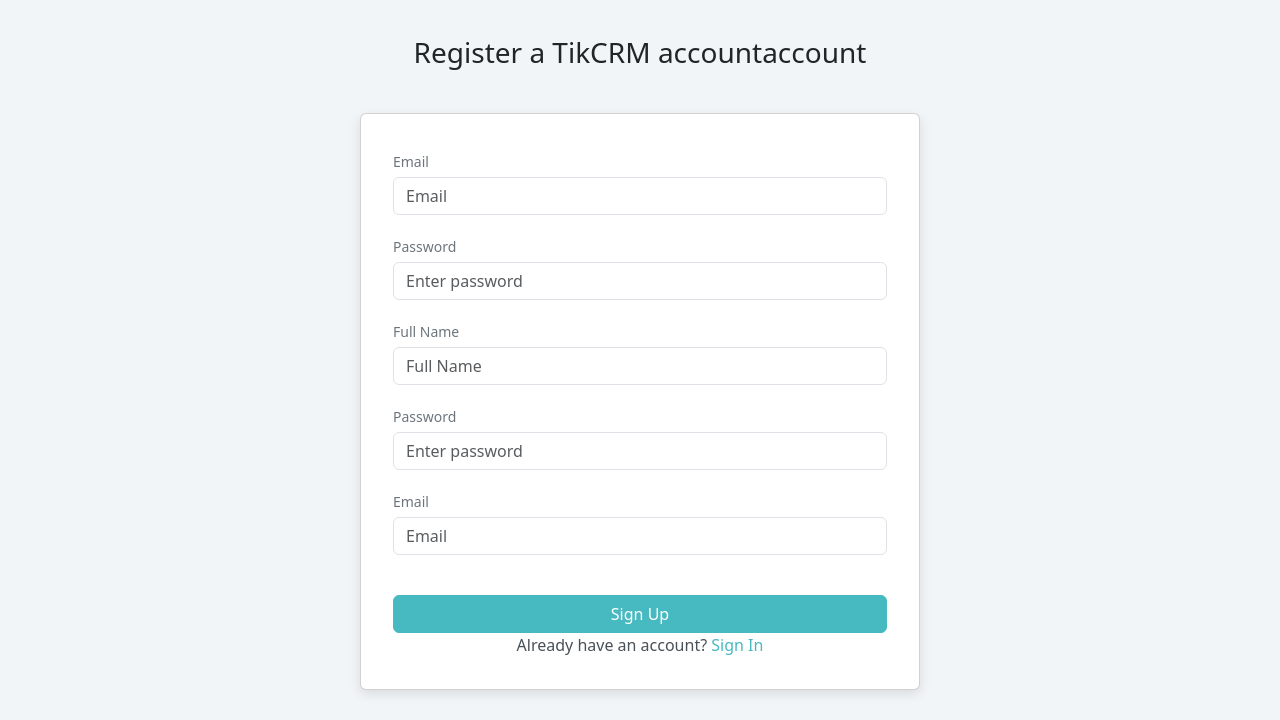
Repository: chaolaolo/tikcrm-fe
Page: /register
An editor plug-in stored every save of this project. The page is shown before and after the next save, followed by the edit.
The browser window is 1280 px wide. The pictures show the whole page.
The project was rebuilt for these pictures with package versions that can differ from the ones it lists, and the page was loaded fresh each time. Also part of the build but not shown: vite.config.ts, src/pages/Auth/Login/LoginPage.tsx, src/pages/Home/Settings.tsx, src/pages/Home/HomePage.tsx. Imported but missing from the stored project, and not drawn on this page: src/pages/Home/Dashboard.

Above is the page before, as saved 2025-05-22 23:09:38.

### src/main.tsx
import React, { StrictMode } from 'react'
import ReactDOM from 'react-dom/client';
import { createRoot } from 'react-dom/client'
import './index.css'
import { BrowserRouter } from 'react-router-dom';
import { AuthProvider } from './store/AuthContext.tsx';
import App from './App.tsx'
import 'antd/dist/reset.css';
import 'bootstrap/dist/css/bootstrap.min.css';
import 'bootstrap/dist/js/bootstrap.bundle.min.js';

ReactDOM.createRoot(document.getElementById('root')!).render(
  <React.StrictMode>
    <AuthProvider>
      <BrowserRouter>
        <App />
      </BrowserRouter>
    </AuthProvider>
  </React.StrictMode>
)

### src/store/AuthContext.tsx
import React, { createContext, useContext, useState, type ReactNode } from 'react';

interface AuthContextProps {
  isLoggedIn: boolean;
  login: () => void;
  logout: () => void;
}

const AuthContext = createContext<AuthContextProps | undefined>(undefined);

export const AuthProvider = ({ children }: { children: ReactNode }) => {
  const [isLoggedIn, setIsLoggedIn] = useState(false);

  const login = () => setIsLoggedIn(true);
  const logout = () => setIsLoggedIn(false);

  return (
    <AuthContext.Provider value={{ isLoggedIn, login, logout }}>
      {children}
    </AuthContext.Provider>
  );
};

export const useAuth = () => {
  const context = useContext(AuthContext);
  if (!context) throw new Error('useAuth must be used within AuthProvider');
  return context;
};

### src/App.tsx
import { useState } from 'react'
import reactLogo from './assets/react.svg'
import viteLogo from '/vite.svg'
import './App.css'
import { useAuth } from './store/AuthContext';
import { Navigate, Route, Routes } from 'react-router-dom';
import LoginPage from './pages/Auth/Login/LoginPage';
import RegisterPage from './pages/Auth/Register/RegisterPage';
import HomePage from './pages/Home/HomePage';
import 'bootstrap/dist/css/bootstrap.min.css';
import 'bootstrap/dist/js/bootstrap.bundle.min.js';
import 'antd/dist/reset.css'

const App = () => {
  const { isLoggedIn } = useAuth();

  return (
    <Routes>
      <Route path="/login" element={<LoginPage />} />
      <Route path="/register" element={<RegisterPage />} />
      <Route path="/forgot-password" element={<RegisterPage />} />
      <Route
        path="/home/*"
        element={isLoggedIn ? <HomePage /> : <Navigate to="/login" />}
      />
      <Route path="*" element={<Navigate to={isLoggedIn ? "/home" : "/login"} />} />
    </Routes>
  );
};

export default App;

### src/pages/Auth/Register/RegisterPage.tsx
// import React from 'react';
// import { useNavigate } from 'react-router-dom';

// const RegisterPage = () => {
//   const navigate = useNavigate();

//   const handleRegister = () => {
//     // giả sử đăng ký xong là chuyển về login
//     navigate('/login');
//   };

//   return (
//     <div>
//       <h2>Register</h2>
//       <button onClick={handleRegister}>Register</button>
//     </div>
//   );
// };

// export default RegisterPage;


import React from 'react';
import 'bootstrap/dist/css/bootstrap.min.css';
import { Link } from 'react-router-dom';
import Divider from '../../../core/Divider/Divider';
import { Button } from 'antd';
import '../login/login.css';

const RegisterPage: React.FC = () => {
  return (
    <div style={{
      backgroundColor: '#f1f5f7', // Màu light của Bootstrap
      position: 'fixed',
      top: 0,
      left: 0,
      right: 0,
      bottom: 0,
      overflow: 'auto'
    }}>
      <div className="d-flex justify-content-center align-items-center min-vh-100 p-3">
        <div className="w-100" style={{ maxWidth: '600px', }}>
          <p className="text-center mb-8 fs-3 fw-normal">Register a TikCRM accountaccount</p>
          <div className="card p-8 " style={{
            marginTop: '40px',
            marginLeft: '20px',
            marginRight: '20px',
            backgroundColor: 'white',
            boxShadow: '0 4px 12px rgba(0, 0, 0, 0.1)'
          }}>
            <form>
              <div className="mb-3 text-start">
                <label htmlFor="email" className="col-sm-2 col-form-label col-form-label-sm text-secondary">Email</label>
                <input
                  type="email"
                  className="form-control"
                  id="email"
                  placeholder="Email"
                />
              </div>

              <div className="mb-3 text-start">
                <label htmlFor="password" className="col-sm-2 col-form-label col-form-label-sm text-secondary">Password</label>
                <input
                  type="password"
                  className="form-control"
                  id="password"
                  placeholder="Enter password"
                />
              </div>

 <div className="mb-3 text-start">
                <label htmlFor="fullName" className="col-sm-2 col-form-label col-form-label-sm text-secondary">Full Name</label>
                <input
                  type="fullName"
                  className="form-control"
                  id="email"
                  placeholder="Full Name"
                />
              </div>

              <div className="mb-3 text-start">
                <label htmlFor="password" className="col-sm-2 col-form-label col-form-label-sm text-secondary">Password</label>
                <input
                  type="password"
                  className="form-control"
                  id="password"
                  placeholder="Enter password"
                />
              </div>
               <div className="mb-3 text-start">
                <label htmlFor="email" className="col-sm-2 col-form-label col-form-label-sm text-secondary">Email</label>
                <input
                  type="email"
                  className="form-control"
                  id="email"
                  placeholder="Email"
                />
              </div>

              <button type="submit" className="btn custom-login-btn w-100 mt-4">Sign Up</button>

              <div className="text-center">
                <span className='text-light-emphasis'>Already have an account? </span>
                <Link to="/register"
                  className="custom-hover-underline   fw-normal" style={{ fontSize: '16px', color: '#47bac1' }}>
                  Sign In
                </Link>
                {/* <a href="#signup" className="text-decoration-none">Sign up</a> */}
              </div>
            </form>
          </div>
        </div>
      </div>
    </div>
  );
};

export default RegisterPage;

### src/pages/Auth/Login/Login.css

.custom-login-btn {
  background-color: #47bac1;
  border-color: #47bac1;
  color: #fff;
}

.custom-login-btn:hover {
  background-color: var(--bs-primary);
  border-color: var(--bs-primary);
  color: #fff;
}


.custom-hover-underline {
  text-decoration: none;
  color: #47bac1;
}

.custom-hover-underline:hover {
  text-decoration: underline;
}


.form-control:focus {
  border-color: #47bac1;
  box-shadow: 0 0 0 0.25rem rgba(71, 186, 193, 0.25);
}

Loaded but not shown: index.html (common file); src/index.css (common file); src/App.css (common file)

After the next save:
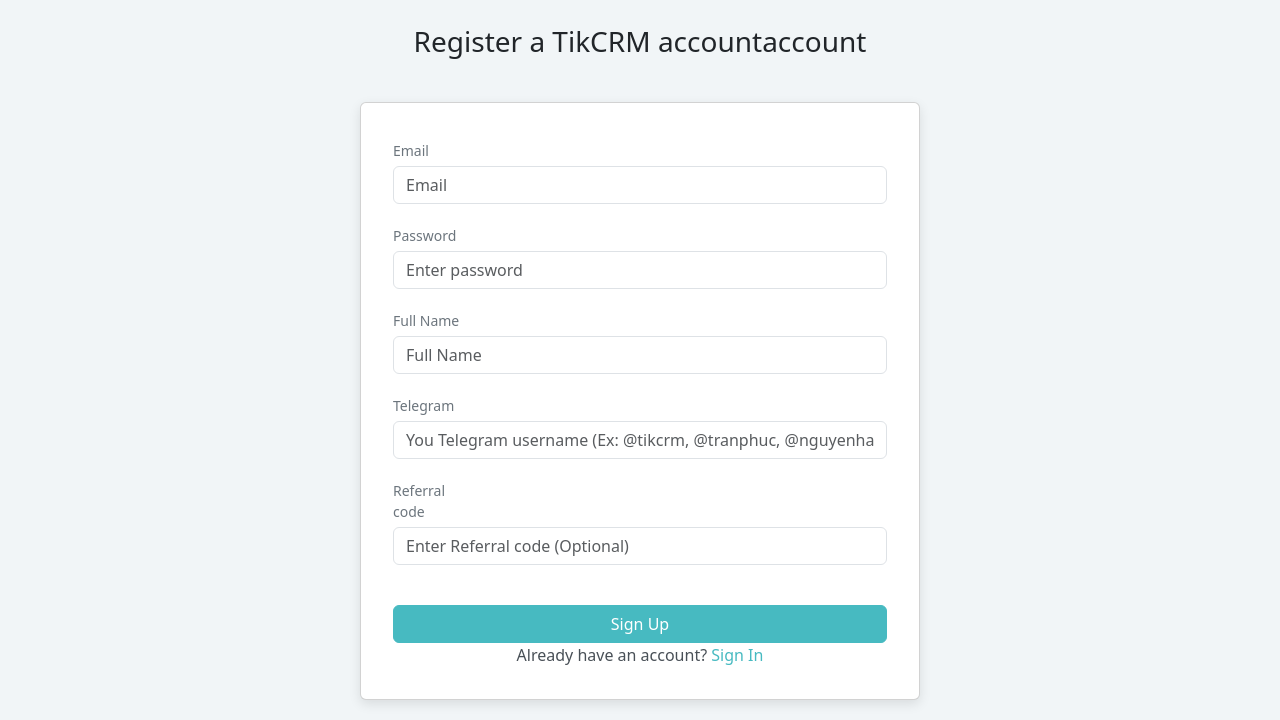
Saved 3 min 53 s later.
--- a/src/pages/Auth/Register/RegisterPage.tsx
+++ b/src/pages/Auth/Register/RegisterPage.tsx
@@ -69,32 +69,33 @@
                 />
               </div>
 
- <div className="mb-3 text-start">
+              <div className="mb-3 text-start">
                 <label htmlFor="fullName" className="col-sm-2 col-form-label col-form-label-sm text-secondary">Full Name</label>
                 <input
-                  type="fullName"
+                  type="text"
                   className="form-control"
-                  id="email"
+                  id="fullName"
                   placeholder="Full Name"
                 />
               </div>
 
               <div className="mb-3 text-start">
-                <label htmlFor="password" className="col-sm-2 col-form-label col-form-label-sm text-secondary">Password</label>
+                <label htmlFor="telegram" className="col-sm-2 col-form-label col-form-label-sm text-secondary">Telegram</label>
                 <input
-                  type="password"
+                  type="text"
                   className="form-control"
-                  id="password"
-                  placeholder="Enter password"
+                  id="telegram"
+                  placeholder="You Telegram username (Ex: @tikcrm, @tranphuc, @nguyenhai, etc.)"
                 />
               </div>
-               <div className="mb-3 text-start">
-                <label htmlFor="email" className="col-sm-2 col-form-label col-form-label-sm text-secondary">Email</label>
+
+              <div className="mb-3 text-start">
+                <label htmlFor="referralCode" className="col-sm-2 col-form-label col-form-label-sm text-secondary">Referral code</label>
                 <input
-                  type="email"
+                  type="text"
                   className="form-control"
-                  id="email"
-                  placeholder="Email"
+                  id="referralCode"
+                  placeholder="Enter Referral code (Optional)"
                 />
               </div>
 
